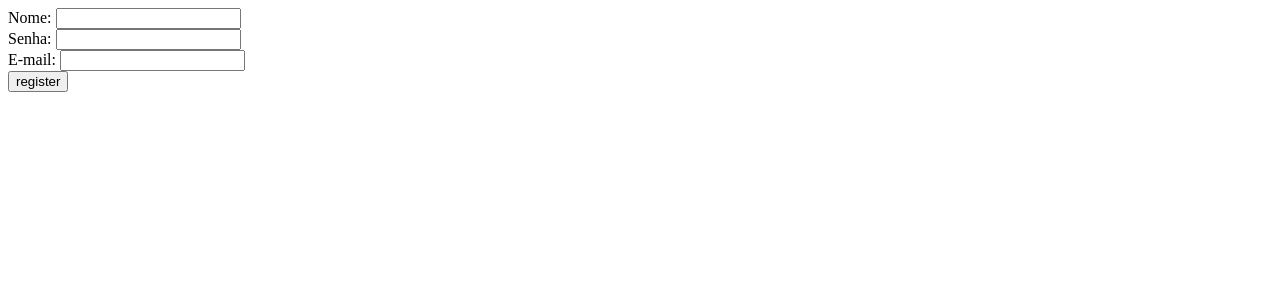
Repository: diegosena7/EstudosJSP
Page: http://localhost/UsandoTagSetpropertyGetproperty/
An editor plug-in stored every save of this project. The page is shown before and after the next save, followed by the edit.
The browser window is 1280 px wide. The pictures show the whole page.
The page is served by Tomcat 9.

Above is the page before, as saved 2021-07-03 19:49:20.

After the next save:
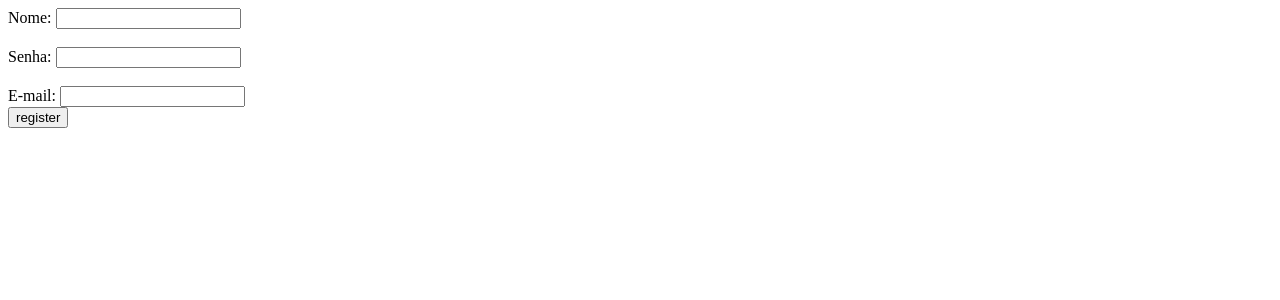
Saved 107 s later.
--- a/UsandoTagSetpropertyGetproperty/WebContent/index.jsp
+++ b/UsandoTagSetpropertyGetproperty/WebContent/index.jsp
@@ -8,8 +8,8 @@
 </head>
 <body>
 	<form action="usuario.jsp" method = "post">
-		Nome: <input type="text" name="nome"><br>
-		Senha: <input type="password" name="senha"><br>
+		Nome: <input type="text" name="nome"><br><br>
+		Senha: <input type="password" name="senha"><br><br>
 		E-mail: <input type="text" name="email"><br>
 		<input type="submit" value="register">
 	</form>
